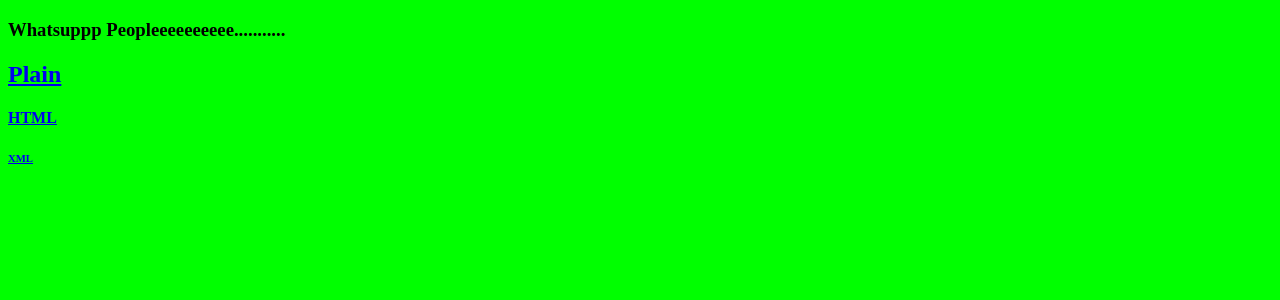
Repository: SakshiTiwari28/Java-Assignment
Page: RestFul/TrivagoHotel/WebContent/index.html
These files come from the project's save history. The page is drawn as it stood at one moment and after the next save; the edit follows.
The browser window is 1280 px wide. The pictures show the whole page.

Above is the page before, as saved 2019-07-25 01:47:43.

### RestFul/TrivagoHotel/WebContent/index.html
<!DOCTYPE html>
<html>
<head>
<meta charset="ISO-8859-1">
<title>Trivago Home</title>
<style type="text/css">
body{
background-color:lime;
}
</style>
</head>
<body>
<h3>Whatsuppp Peopleeeeeeeeee...........</h3>
<h2><a href="http://localhost:8082/HelloWebService/zenrest/zenhello"> Plain</a></h2>
<h4><a href="http://localhost:8082/HelloWebService/zenrest/zenhello/welcome/">HTML</a></h4>
<h6><a href="http://localhost:8082/HelloWebService/zenrest/zenhello/welcomexml/">XML</a></h6>
</body>
</html>

After the next save:
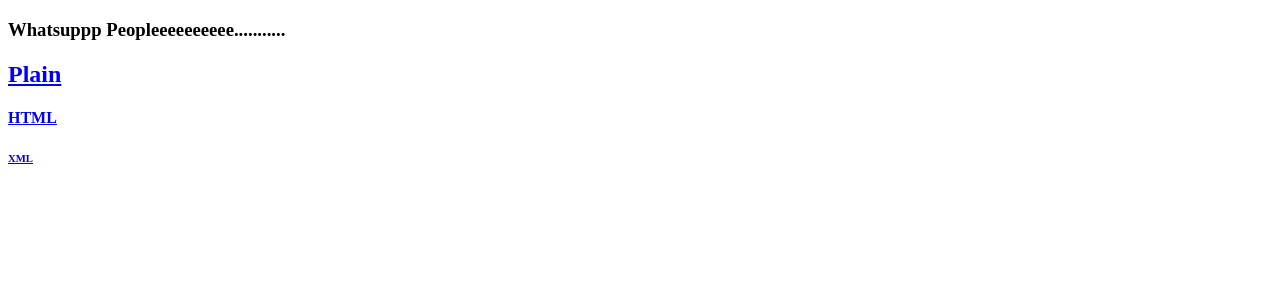
Saved 82 s later.
--- a/RestFul/TrivagoHotel/WebContent/index.html
+++ b/RestFul/TrivagoHotel/WebContent/index.html
@@ -5,7 +5,7 @@
 <title>Trivago Home</title>
 <style type="text/css">
 body{
-background-color:lime;
+background-color:white;
 }
 </style>
 </head>
